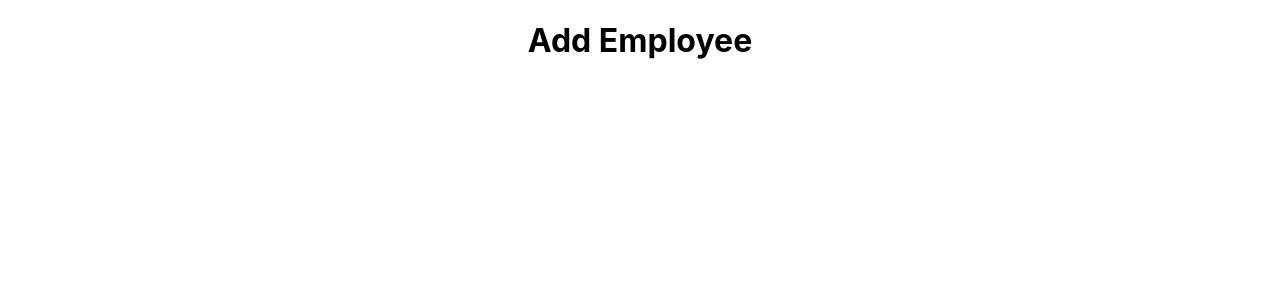
Repository: Biniyamkb/Evangadi-forum
Page: /addemployee (app in demoapp/frontend/)
These files come from the project's save history. The page is drawn as it stood at one moment and after a run of saves; the edit follows.
The browser window is 1280 px wide. The pictures show the whole page.
The project was rebuilt for these pictures with package versions that can differ from the ones it lists, and the page was loaded fresh each time. Also part of the build but not shown: demoapp/frontend/src/Pages/Home.js, demoapp/frontend/src/Pages/Login.js.

Above is the page before, as saved 2025-05-04 22:00:32.

After the next 5 saves:
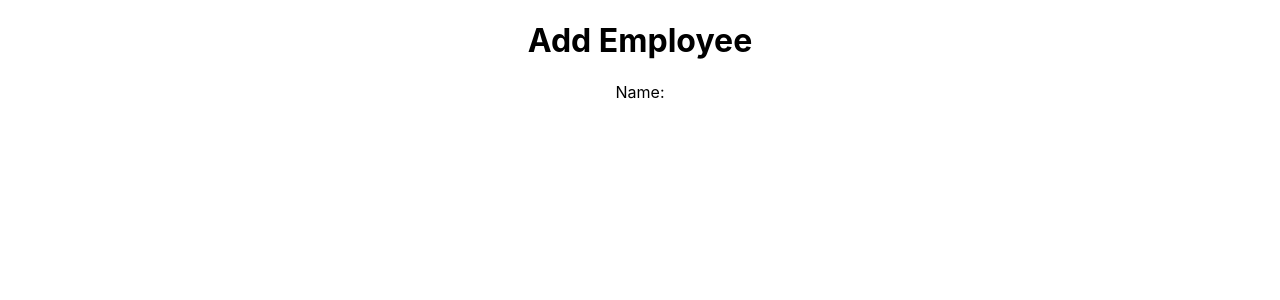
The 5 saves are shown as one change because 1 did not build or start and some came seconds apart.
The last was saved 18 s later.
--- a/demoapp/frontend/src/Pages/AddEmployee.js
+++ b/demoapp/frontend/src/Pages/AddEmployee.js
@@ -5,7 +5,7 @@ function AddEmployee() {
     <div>
     < h1>Add Employee</h1>
     <form>
-
+        <label htmlFor="name">Name:</label><br/>
     </form>
     </div>
   )
